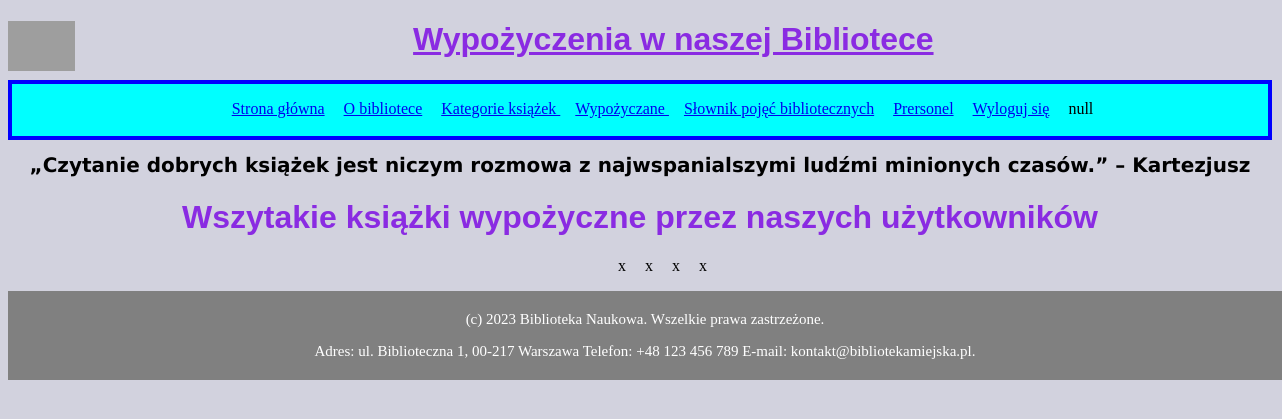
Repository: Dominik098/projekt
Page: http://localhost/biblioteka/D_Wypożyczenia.jsp
These files come from the project's save history. The page is drawn as it stood at one moment and after the next save; the edit follows.
The browser window is 1280 px wide. The page is 1282 px wide, so the pictures cover 1282 px, including what lies to the right of the window. The pictures show the whole page.
Pictures or frames that could not be fetched are drawn as grey boxes. The page is served by Tomcat 9. Other server files are loaded and not shown.

Above is the page before, as saved 2023-04-09 10:28:30.

### java projekt/biblioteka/src/main/webapp/D_Wypożyczenia.jsp
<%@ page language="java" contentType="text/html; charset=UTF-8"%>
<!DOCTYPE html>
<html lang="en">

<head>
    <meta charset="UTF-8">
    <meta http-equiv="X-UA-Compatible" content="IE=edge">
    <meta name="viewport" content="width=device-width, initial-scale=1.0">
    <link rel="stylesheet" href="D_wypozyczenia.css">
    <title>Wypożyczenia</title>
    <link rel="icon" type="image/png" href="3.png" sizes="96x96" />
</head>

<body>
    <tr>
        <td align="center"><img src="logo.jpg" name="ksiazka" align="left" weight="90px" height="50px"></td>
    </tr>
    <h1>
        <center><u>Wypożyczenia w naszej Bibliotece </u></center>
    </h1>
    <header>
        <nav>
            <ul>
                <li><a href="A_strona-gl.jsp">Strona główna</a></li>
                <li><a href="B_O bibiotece.jsp">O bibliotece</a></li>
                <li><a href="C_Kategorie książek.jsp">Kategorie książek </a></li>
                <li><a href="D_Wypożyczenia.jsp">Wypożyczane </a></li>
                <li><a href="E_Słownik pojęć.jsp">Słownik pojęć bibliotecznych</a></li>
                <li><a href="F_personel.jsp">Prersonel</a></li>
               <!-- <li><a href="G_login.jsp">Logowanie</a></li>
                <li><a href="H_rejestracja.jsp">Rejestracja</a></li>-->
                <li><a href= "logout">Wyloguj się</a></li>
                <li><a > <%=session.getAttribute("email-login") %> </a></li>


        </nav>

    </header>

<h1 id="cytat">„Czytanie dobrych książek jest niczym rozmowa z najwspanialszymi ludźmi minionych czasów.” – Kartezjusz</h1>
<h1>Wszytakie książki wypożyczne przez naszych użytkowników </h1>



<ul>
    <li>x</li>
    <li>x</li>
    <li>x</li>
    <li>x</li>
</ul>

<footer>
    <p>(c) 2023 Biblioteka Naukowa. Wszelkie prawa zastrzeżone.</p>
    <p>Adres: ul. Biblioteczna 1, 00-217 Warszawa Telefon: +48 123 456 789  E-mail: kontakt@bibliotekamiejska.pl.</p>

</footer>



</body>

</html>

### java projekt/biblioteka/src/main/webapp/D_wypozyczenia.css
body {
    background-color: rgb(210, 210, 222);

}

header {
    border: 4px;
    background-color: aqua;
    border: 4px solid blue;
    padding-bottom: 2px;
}
#cytat{
    font-family: Verdana;
    font-size: 20px;
    color: black;
    padding: auto;
}

main {
    padding: 3px;
    background-color: blueviolet;
}

h1 {
    text-align: center;
    color: blueviolet;
    font-family: Arial;
}

h3 {
    text-align: left;
    margin-left: 17px;
    color: blueviolet;
    font-family: Arial;
    font-size: 20px;

}


.nav {
    text-align: center;
    padding: 10px;
}

ul li {
    display: inline;
    margin-left: 5px;
    padding: 5px;

}

ul {
    text-align: center;
}

a {
    padding-top: 5px;
    padding-bottom: 5px;
}

a:hover {
    background-color: white;
}


#baza-danych {
    text-align: center;
    font-size: 20px;
}

footer {
    text-align: center;
    font-size: 15px;
    color: white;
    background-color: gray;


    bottom: 0;
    margin-top: auto;
    width: 100%;
    padding: 5px;
}

ol > li > ul {
  display:none;
}

ol > li:hover > ul {
  display:block;
}

After the next save:
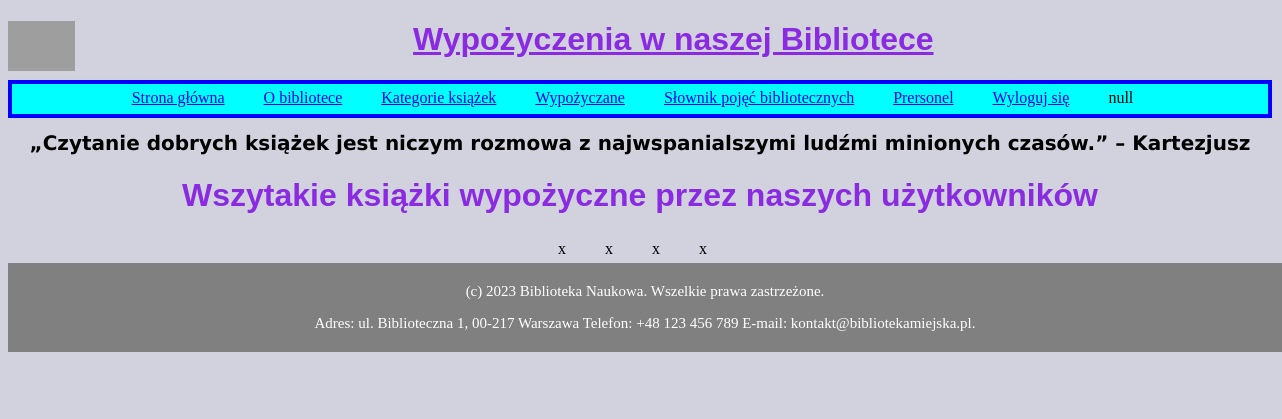
Saved 9 min 26 s later.
--- a/java projekt/biblioteka/src/main/webapp/D_wypozyczenia.css
+++ b/java projekt/biblioteka/src/main/webapp/D_wypozyczenia.css
@@ -81,10 +81,39 @@
     padding: 5px;
 }
 
-ol > li > ul {
-  display:none;
-}
+ul {
+        list-style: none;
+        margin: 0;
+        padding: 0;
+      }
 
-ol > li:hover > ul {
-  display:block;
-}
+      ul li {
+        display: inline-block;
+        position: relative;
+        margin-right: 20px;
+      }
+
+      li ul {
+        display: none;
+        position: absolute;
+        top: 30px;
+        left: 0;
+        width: 200px;
+        z-index: 1;
+        background-color: #fff;
+        border: 1px solid #ccc;
+      }
+
+      li:hover ul {
+        display: block;
+      }
+
+      li ul li {
+        display: block;
+        margin: 0;
+        padding: 5px 10px;
+      }
+
+      li ul li:hover {
+        background-color: #f5f5f5;
+      }

After the 4 saves that followed:
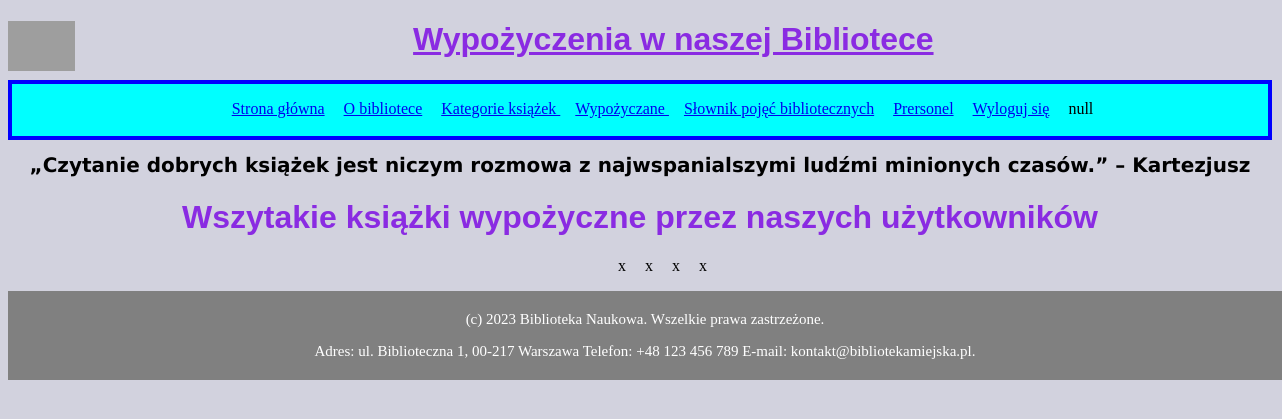
The 4 saves are shown as one change because 3 left the picture as it was.
The last was saved 112 s later.
--- a/java projekt/biblioteka/src/main/webapp/D_wypozyczenia.css
+++ b/java projekt/biblioteka/src/main/webapp/D_wypozyczenia.css
@@ -80,40 +80,3 @@
     width: 100%;
     padding: 5px;
 }
-
-ul {
-        list-style: none;
-        margin: 0;
-        padding: 0;
-      }
-
-      ul li {
-        display: inline-block;
-        position: relative;
-        margin-right: 20px;
-      }
-
-      li ul {
-        display: none;
-        position: absolute;
-        top: 30px;
-        left: 0;
-        width: 200px;
-        z-index: 1;
-        background-color: #fff;
-        border: 1px solid #ccc;
-      }
-
-      li:hover ul {
-        display: block;
-      }
-
-      li ul li {
-        display: block;
-        margin: 0;
-        padding: 5px 10px;
-      }
-
-      li ul li:hover {
-        background-color: #f5f5f5;
-      }
